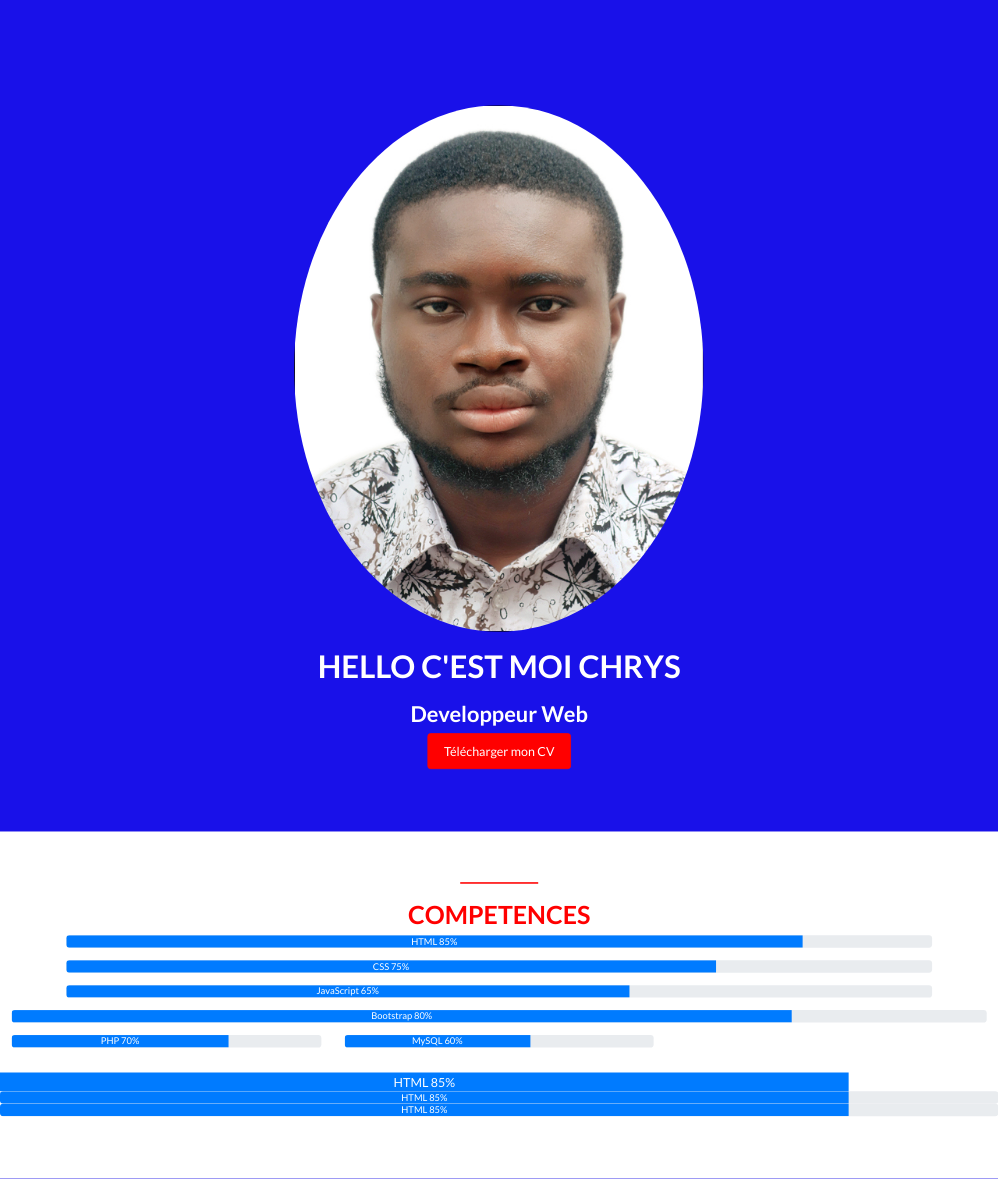
Repository: CHRYSOVR/CV_en_ligne_Interactif
Page: index.html
The author's editor kept a copy of each file at every save. The page is drawn from the files as they stood at one save, then again after the next save.
The browser window is 1280 px wide. The pictures show the whole page, at 78% of full size.

Above is the page before, as saved 2025-07-07 16:45:37.
Console error: TypeError: Cannot read properties of undefined (reading 'fn')

### index.html
<!DOCTYPE html>
<html lang="fr">
<head>
    <meta charset="UTF-8">
    <meta name="viewport" content="width=device-width, initial-scale=1.0">
    <link rel="preconnect" href="https://fonts.googleapis.com">
<link rel="preconnect" href="https://fonts.gstatic.com" crossorigin>
<link href="https://fonts.googleapis.com/css2?family=Lato:ital,wght@0,100;0,300;0,400;0,700;0,900;1,100;1,300;1,400;1,700;1,900&display=swap" rel="stylesheet">
<link rel="stylesheet" href="https://cdn.jsdelivr.net/npm/bootstrap@4.0.0/dist/css/bootstrap.min.css" integrity="sha384-Gn5384xqQ1aoWXA+058RXPxPg6fy4IWvTNh0E263XmFcJlSAwiGgFAW/dAiS6JXm" crossorigin="anonymous">
<script src="https://cdn.jsdelivr.net/npm/bootstrap@4.0.0/dist/js/bootstrap.min.js" integrity="sha384-JZR6Spejh4U02d8jOt6vLEHfe/JQGiRRSQQxSfFWpi1MquVdAyjUar5+76PVCmYl" crossorigin="anonymous"></script>
    <link rel="stylesheet" href="css/style.css">
    <script src="js/script.js"></script>
    <title>CV SANNE-TIA</title>
</head>
<body>
  <section id="about" class="container-fluid">
    <div  class=" col-8 col -lg-4 profile-picture" >
        <img src="images/Me.JPG" alt="photo sanne-tia" class="rounded-circle">
    </div>
    <div class="heading">
        <h1>Hello c'est moi Chrys</h1 >
             <h3>Developpeur Web</h3>
     <a href="documents/CV_Sanne-Tia.pdf" class="btn btn-danger" target="_blank">Télécharger mon CV</a>
  </div>
    </section>
    <section id="skills">
<div class="divider"></div>
<div class="heading">
    <h2>Competences</h2>
</div>
<div class="container">
    <div class="row flex-column">
        <div class="col-12 mb-3">
            <div class="progress">
                <div class="progress-bar" role="progressbar" style="width: 85%;" aria-valuenow="85" aria-valuemin="0" aria-valuemax="100">HTML 85%</div>
            </div>
        </div>
        <div class="col-12 mb-3">
            <div class="progress">
                <div class="progress-bar" role="progressbar" style="width: 75%;" aria-valuenow="75" aria-valuemin="0" aria-valuemax="100">CSS 75%</div>
            </div>
        </div>
        <div class="col-12 mb-3">
                    <div class="progress">
                        <div class="progress-bar" role="progressbar" style="width: 65%;" aria-valuenow="65" aria-valuemin="0" aria-valuemax="100">JavaScript 65%</div>
                    </div>
                </div>
            </div>
        </div>
        <div class="col-12 mb-3">
            <div class="row">
                <div class="col-12  mb-3">
                    <div class="progress">
                        <div class="progress-bar" role="progressbar" style="width: 80%;" aria-valuenow="80" aria-valuemin="0" aria-valuemax="100">Bootstrap 80%</div>
                    </div>
                </div>
                <div class="col-12 col-md-4 mb-3">
                    <div class="progress">
                        <div class="progress-bar" role="progressbar" style="width: 70%;" aria-valuenow="70" aria-valuemin="0" aria-valuemax="100">PHP 70%</div>
                    </div>
                </div>
                <div class="col-12 col-md-4 mb-3">
                    <div class="progress">
                        <div class="progress-bar" role="progressbar" style="width: 60%;" aria-valuenow="60" aria-valuemin="0" aria-valuemax="100">MySQL 60%</div>
                    </div>
                </div>
            </div>
        </div>
    </div>
</div>
  <div class="progress-bar" role="progressbar" style="width: 85%;" aria-valuenow="85" aria-valuemin="0" aria-valuemax="100">HTML 85%</div>
</div> </var></var>
    </div>
     <div class="progress">
  <div class="progress-bar" role="progressbar" style="width: 85%;" aria-valuenow="85" aria-valuemin="0" aria-valuemax="100">HTML 85%</div>
</div>
 <div class="progress">
  <div class="progress-bar" role="progressbar" style="width: 85%;" aria-valuenow="85" aria-valuemin="0" aria-valuemax="100">HTML 85%</div>
</div> </div>

</div>





    </section>
</body>
</html>

### css/style.css
/*GENERAL*/

body{
    font-family: 'Lato', sans-serif;

}
h1,h2,h3,h4,h5,h6{
    font-weight: bold;


}
.divider{
    width: 100px;
    height: 2px;
    background-color: #ff0000;
    margin:0 auto 20px ;
}
/*ABOUT*/
#about{
    background-color: #1911e9;

}
.profile-picture{
    text-align: center;
    margin: 70px auto 0;

}
section{
padding: 65px 0 80px 0;

}
 .heading{
    text-align: center;
    color: white;
    margin-top: 20px;
}
.heading h2{
    text-transform: uppercase;
}
img{
    max-width: 100%;
    height: auto;
}
#about .heading h1{
    color: white;
    text-transform: uppercase;
    margin-bottom: 20px;

}
.btn-danger{
    background-color: #ff0000;
    border-color: #ff0000;
    color: white;
    padding: 10px 20px;
    font-size: 16px;
    text-decoration: none;
    transition: all 0.7 s ease-in 2s;
}
.btn-danger:hover{
    background:rgba(255, 255, 255, 0.137);
    border-color: #00ff11fe;
    color: white;
    padding: 10px 20px;
    font-size: 16px;
    text-decoration: none;
}
/*SKILLS*/
#skills .heading h2 {
    color:red
}

Loaded but not shown: js/script.js (no stored copy; drawn as an empty file)

After the next save:
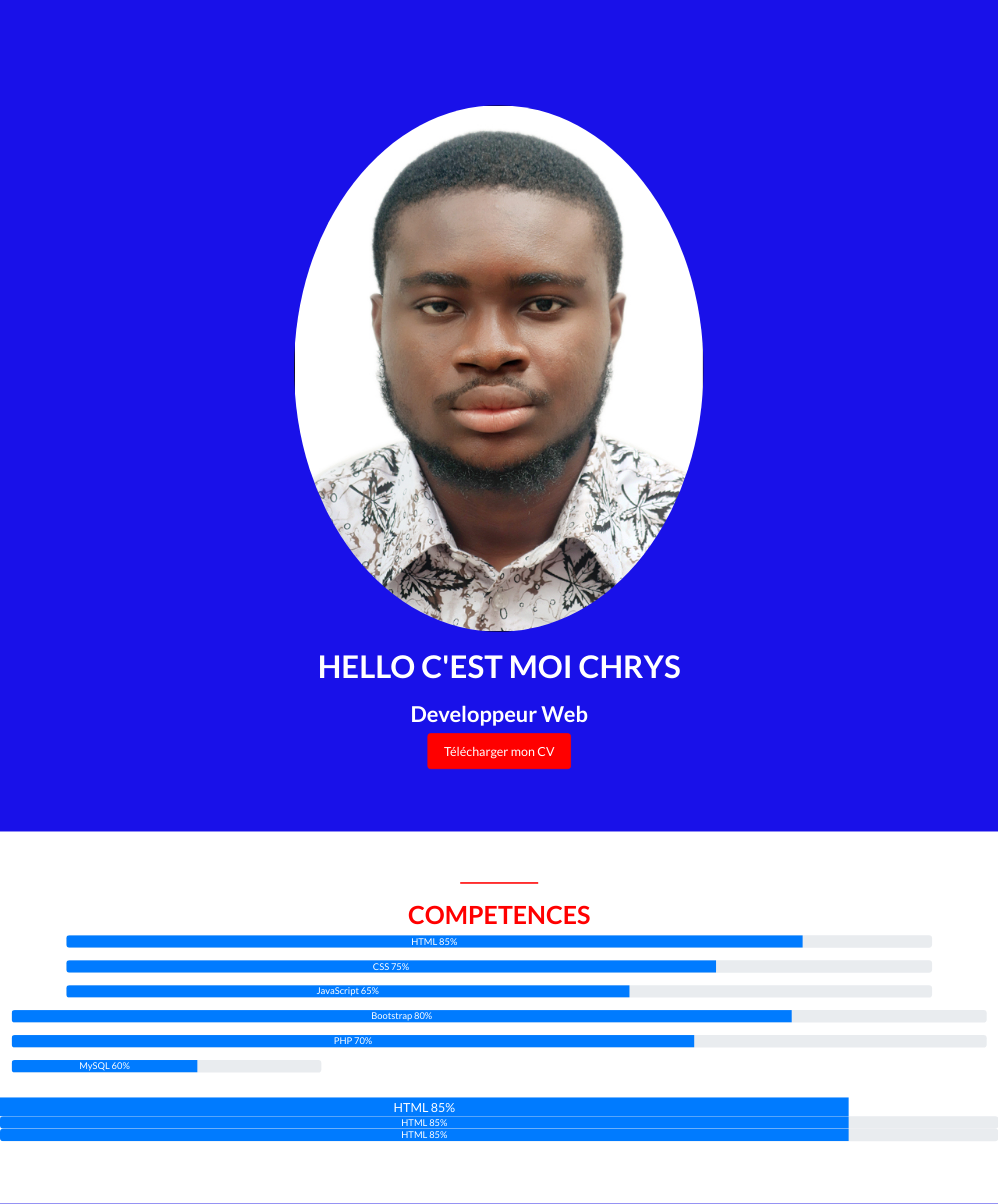
Saved 15 s later.
--- a/index.html
+++ b/index.html
@@ -54,7 +54,7 @@
                         <div class="progress-bar" role="progressbar" style="width: 80%;" aria-valuenow="80" aria-valuemin="0" aria-valuemax="100">Bootstrap 80%</div>
                     </div>
                 </div>
-                <div class="col-12 col-md-4 mb-3">
+                <div class="col-12  mb-3">
                     <div class="progress">
                         <div class="progress-bar" role="progressbar" style="width: 70%;" aria-valuenow="70" aria-valuemin="0" aria-valuemax="100">PHP 70%</div>
                     </div>
